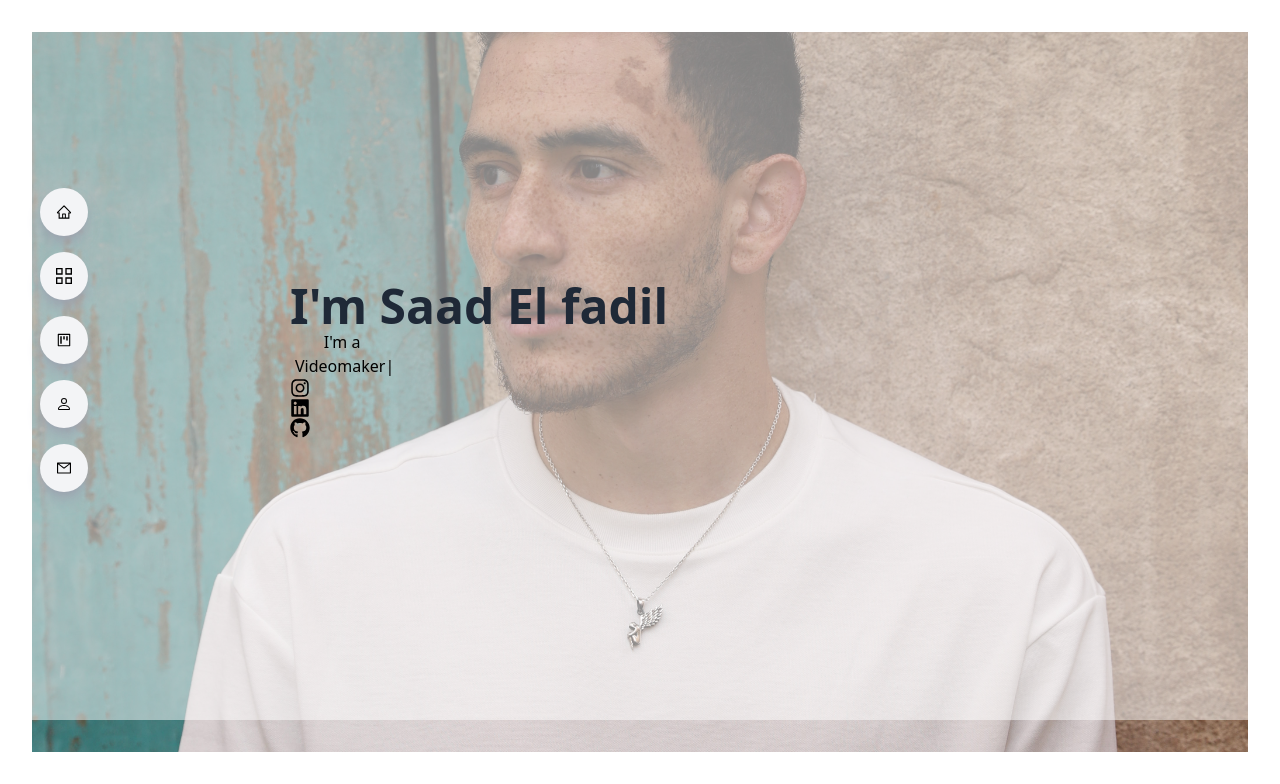
Repository: Saadelfadil/saadelfadil.github.io
Page: /
These files come from the project's save history. The page is drawn as it stood at one moment and after the next save; the edit follows.
The browser window is 1280 px wide. The pictures show the whole page.
The project was rebuilt for these pictures with package versions that can differ from the ones it lists, and the page was loaded fresh each time. Also part of the build but not shown: vite.config.js.

Above is the page before, as saved 2023-02-26 17:03:35.

### src/App.jsx
import './App.css'
import Sidenave from './components/Sidenave'
import Main from './components/Main'

function App() {

  return (
    <div>
      <Sidenave />
      <Main />
    </div>
  )
}

export default App

### src/components/Sidenave.jsx
import React, { useState } from "react";
import { AiOutlineHome, AiOutlineMail, AiOutlineMenu, AiOutlineProject } from "react-icons/ai"
import { GrProjects } from "react-icons/gr"
import { BsPerson } from "react-icons/bs"

const Sidenave = () => {
    const [nav, setNav] = useState(false)

    const handleNav = () => {
        setNav((prev) => prev = !nav);
    };

  return (
    <div>
        <AiOutlineMenu onClick={handleNav} className="absolute top-4 right-4 z-[100] md:hidden"/>
        {
            nav ? (
                <div className="fixed w-full h-screen bg-white/90 flex flex-col justify-center items-center z-20">
                    <a href="#main" className="w-[75%] flex justify-center rounded-full shadow-lg bg-gray-100 shadow-gray-400 m-2 p-4 cursor-pointer hover:scale-110 ease-in duration-200">
                        <AiOutlineHome size={20}/>
                        <span className="pl-4">Home</span>
                    </a>
                    <a href="#work" className="w-[75%] flex justify-center rounded-full shadow-lg bg-gray-100 shadow-gray-400 m-2 p-4 cursor-pointer hover:scale-110 ease-in duration-200">
                        <GrProjects size={20}/>
                        <span className="pl-4">Work</span>
                    </a>
                    <a href="#projects" className="w-[75%] flex justify-center rounded-full shadow-lg bg-gray-100 shadow-gray-400 m-2 p-4 cursor-pointer hover:scale-110 ease-in duration-200">
                        <AiOutlineProject size={20}/>
                        <span className="pl-4">Projects</span>
                    </a>
                    <a href="#main" className="w-[75%] flex justify-center rounded-full shadow-lg bg-gray-100 shadow-gray-400 m-2 p-4 cursor-pointer hover:scale-110 ease-in duration-200">
                        <BsPerson size={20}/>
                        <span className="pl-4">Resume</span>
                    </a>
                    <a href="#contact" className="w-[75%] flex justify-center rounded-full shadow-lg bg-gray-100 shadow-gray-400 m-2 p-4 cursor-pointer hover:scale-110 ease-in duration-200">
                        <AiOutlineMail size={20}/>
                        <span className="pl-4">Contact</span>
                    </a>
                </div>
            ) : ""
        }

        <div className="md:block hidden fixed top-[25%] z-10">
            <div className="flex flex-col">
                <a href="#main" className="rounded-full shadow-lg bg-gray-100 shadow-gray-400 m-2 p-4 cursor-pointer hover:scale-110 ease-in duration-300 ">
                    <AiOutlineHome />
                </a>
                <a href="#work" className="rounded-full shadow-lg bg-gray-100 shadow-gray-400 m-2 p-4 cursor-pointer hover:scale-110 ease-in duration-300 ">
                    <GrProjects />
                </a>
                <a href="#projects" className="rounded-full shadow-lg bg-gray-100 shadow-gray-400 m-2 p-4 cursor-pointer hover:scale-110 ease-in duration-300 ">
                    <AiOutlineProject />
                </a>
                <a href="#main" className="rounded-full shadow-lg bg-gray-100 shadow-gray-400 m-2 p-4 cursor-pointer hover:scale-110 ease-in duration-300 ">
                    <BsPerson />
                </a>
                <a href="#contact" className="rounded-full shadow-lg bg-gray-100 shadow-gray-400 m-2 p-4 cursor-pointer hover:scale-110 ease-in duration-300 ">
                    <AiOutlineMail />
                </a>
            </div>
        </div>
    </div>
  )
};

export default Sidenave;

### src/components/Main.jsx
import React from "react";
import { TypeAnimation } from "react-type-animation"
import { FaGithub, FaInstagram, FaLinkedin } from "react-icons/fa"

const Main = () => {
  return (
    <div id="main">
        <img className="w-full h-screen object-cover object-right " src="/src/assets/saadelfadil.jpg" alt="saadelfadil" />
        <div className="w-full h-screen absolute top-0 left-0 bg-white/50 ">
            <div className="max-w-[700px] m-auto h-full w-full flex flex-col justify-center lg:items-start items-center ">
                <h1 className="sm:text-5xl text-4xl font-bold text-gray-800">I'm Saad El fadil</h1>
                <h2 className="">I'm a
                    <TypeAnimation
                        sequence={[
                            'Software Engineer', // Types 'One'
                            1000, // Waits 1s
                            'Videomaker', // Deletes 'One' and types 'Two'
                            2000, // Waits 2s
                        ]}
                        wrapper="div"
                        cursor={true}
                        repeat={Infinity}
                        style={{ fontSize: '1em', paddingLeft: "5px" }}
                    />
                </h2>
                <div>
                        <FaInstagram size={20} className="cursor-pointer"/>
                        <FaLinkedin size={20} className="cursor-pointer"/>
                        <FaGithub size={20} className="cursor-pointer"/>
                </div>
            </div>
        </div>
    </div>
  )
};

export default Main;

Loaded but not shown: index.html (common file); src/main.jsx (common file); src/index.css (common file); src/App.css (common file); tailwind.config.cjs (common file)

After the next save:
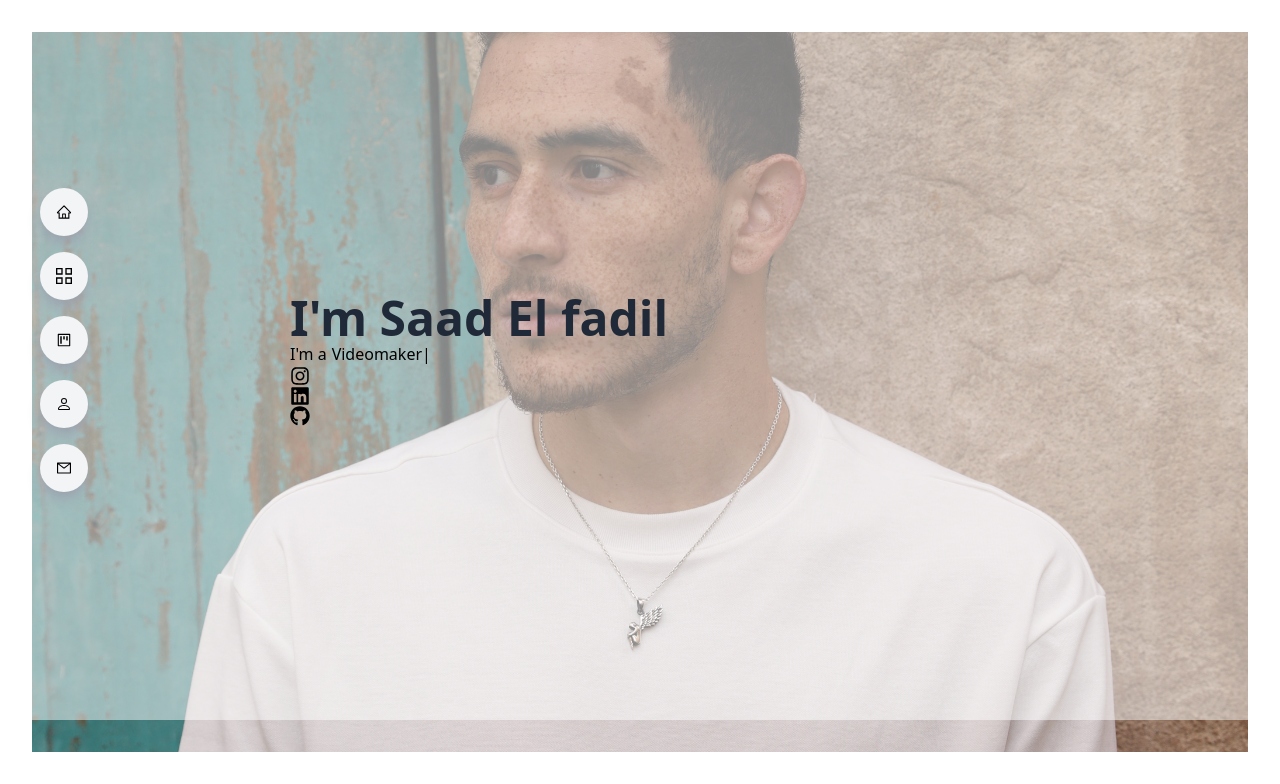
Saved 5 s later.
--- a/src/components/Main.jsx
+++ b/src/components/Main.jsx
@@ -9,7 +9,7 @@ const Main = () => {
         <div className="w-full h-screen absolute top-0 left-0 bg-white/50 ">
             <div className="max-w-[700px] m-auto h-full w-full flex flex-col justify-center lg:items-start items-center ">
                 <h1 className="sm:text-5xl text-4xl font-bold text-gray-800">I'm Saad El fadil</h1>
-                <h2 className="">I'm a
+                <h2 className="flex">I'm a
                     <TypeAnimation
                         sequence={[
                             'Software Engineer', // Types 'One'
